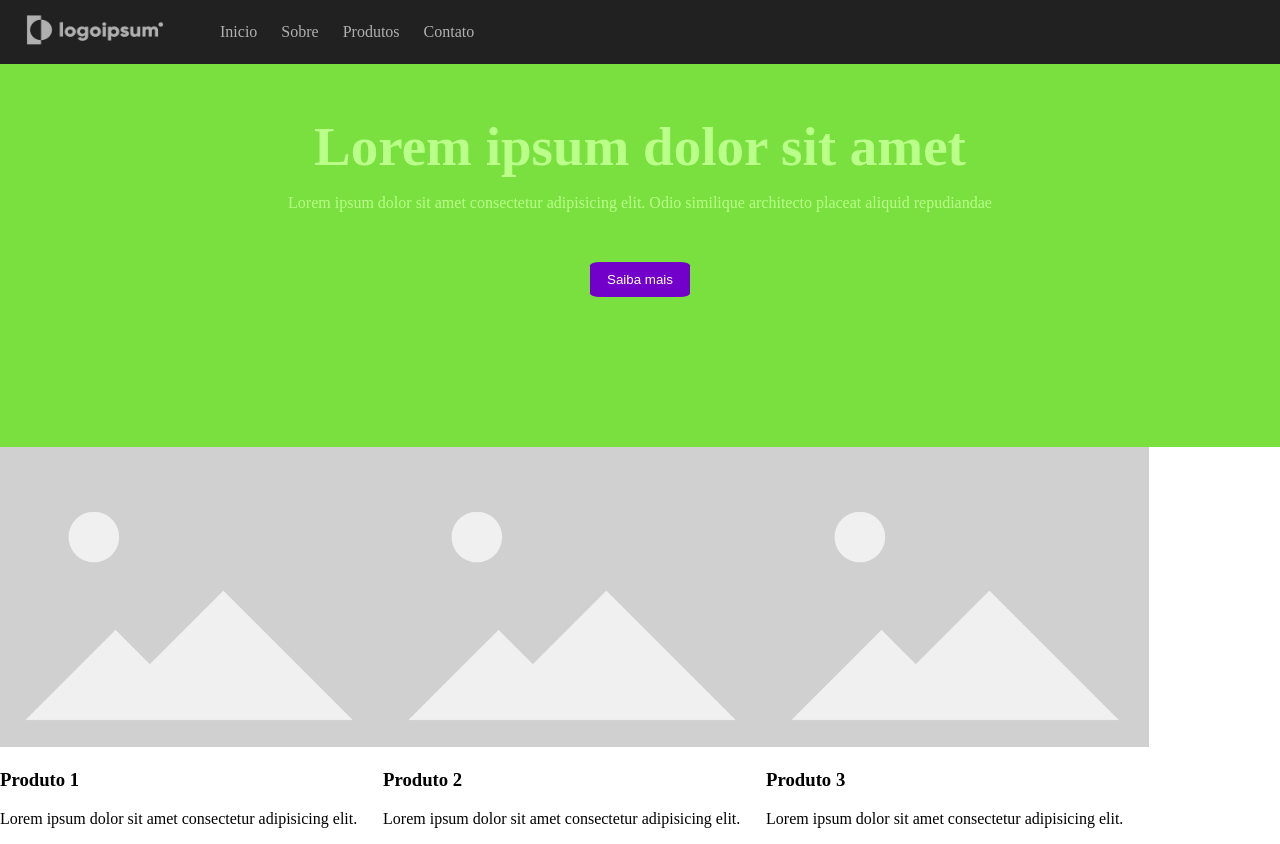
Repository: Carolden/SiteCrie_Ti
Page: index.html
The author's editor kept a copy of each file at every save. The page is drawn from the files as they stood at one save, then again after the next save.
The browser window is 1280 px wide. The pictures show the whole page.

Above is the page before, as saved 2023-04-23 21:03:50.

After the next save:
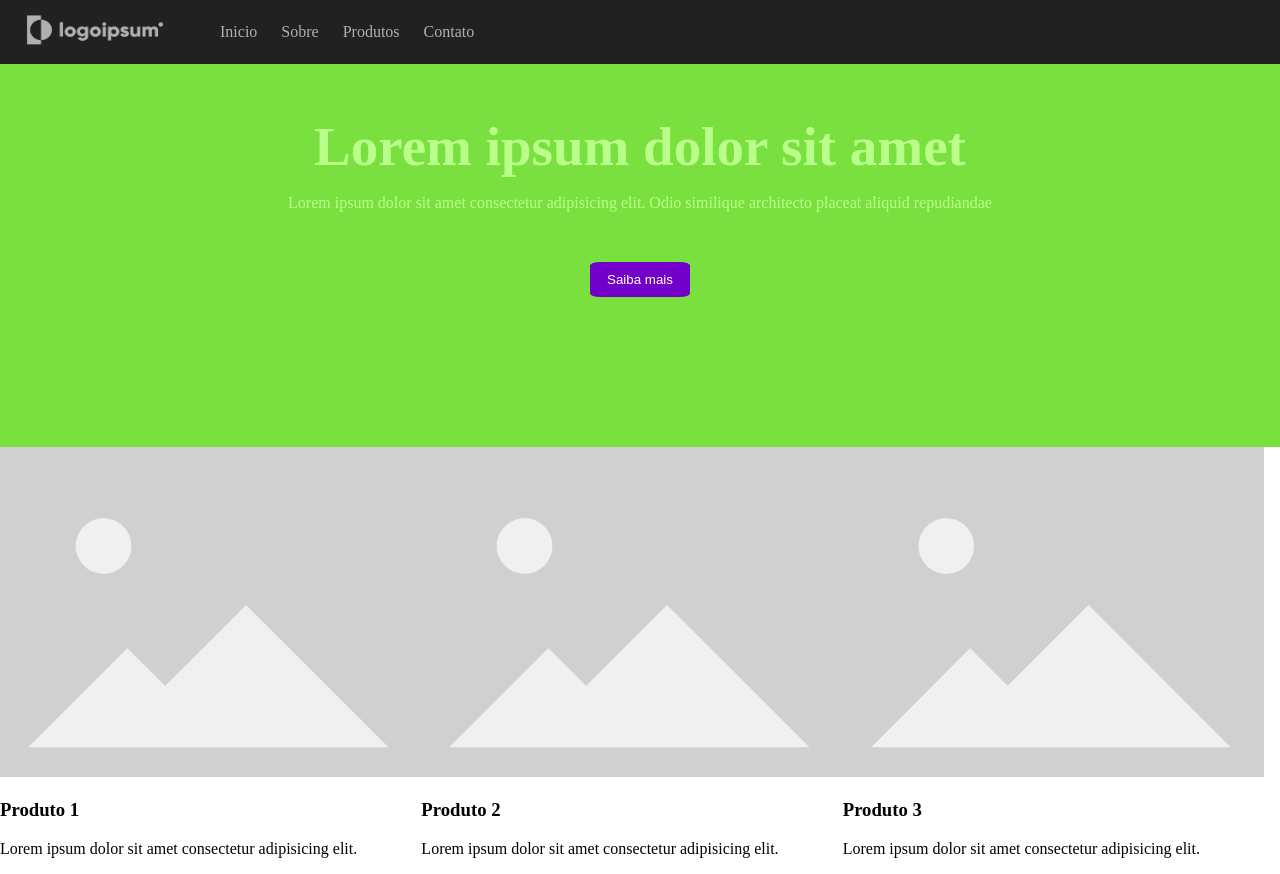
Saved 13 s later.
--- a/index.css
+++ b/index.css
@@ -78,6 +78,6 @@ button {
 
 .column img {
     width: 100%;
-    height: 300px;
+    height: 330px;
     object-fit: cover;
 }
